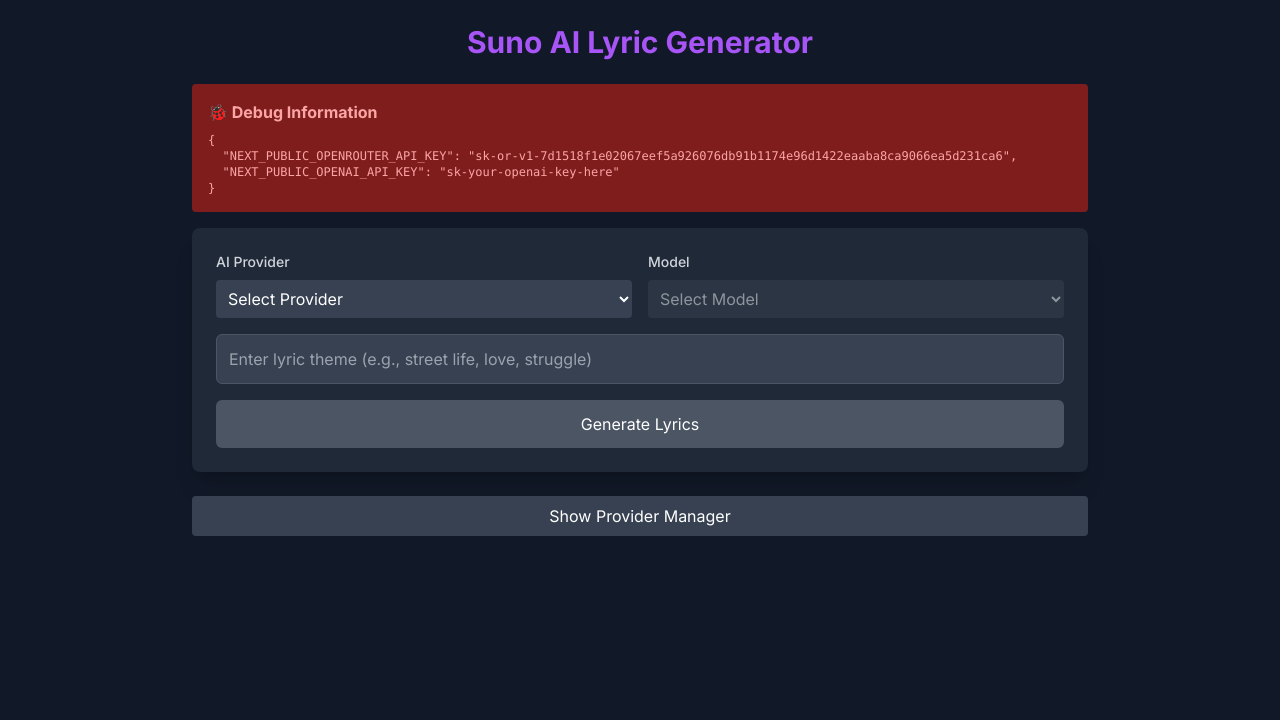
Repository: rustyorb/suno-ai-lyric-generator
Page: /
The author's editor kept a copy of each file at every save. The page is drawn from the files as they stood at one save, then again after the next save.
The browser window is 1280 px wide. The pictures show the whole page.
The project was rebuilt for these pictures with package versions that can differ from the ones it lists, and the page was loaded fresh each time. The framework's server and built-in components were replaced by stand-ins that run in the browser. Also part of the build but not shown: next.config.js, src/app/components/ProviderManager.tsx.

Above is the page before, as saved 2025-01-15 07:01:04.

After the next save:
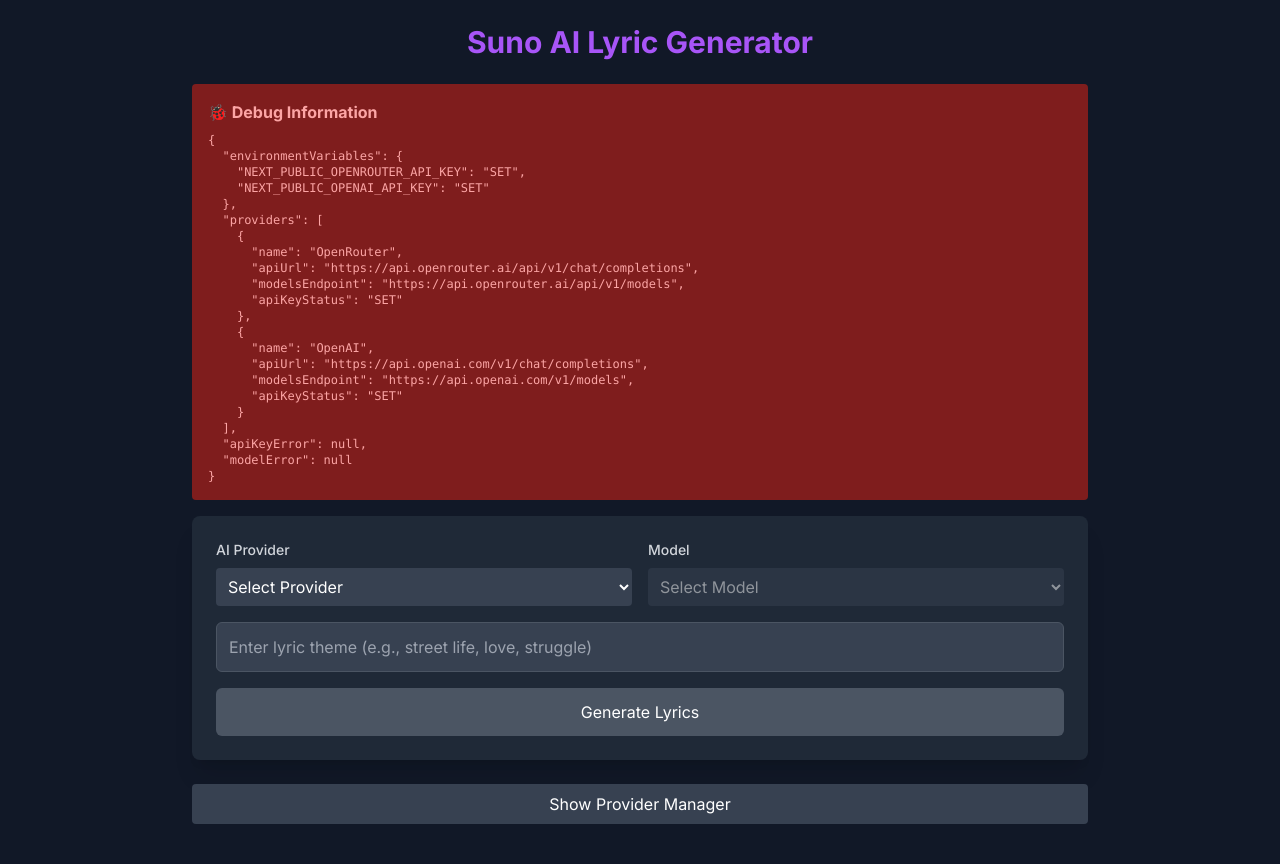
Saved 4 min 3 s later.
--- a/src/app/page.tsx
+++ b/src/app/page.tsx
@@ -23,6 +23,7 @@
     availableModels,
     isLoadingModels,
     modelError,
+    apiKeyError,
     setSelectedProvider,
     setSelectedModel,
     addProvider,
@@ -36,16 +37,30 @@
   const [showProviderManager, setShowProviderManager] = useState(false)
   const [debugInfo, setDebugInfo] = useState<any>({})
 
-  // Comprehensive debugging of environment variables
+  // Comprehensive debugging of environment variables and API configuration
   useEffect(() => {
     const allEnvVars = {
-      NEXT_PUBLIC_OPENROUTER_API_KEY: process.env.NEXT_PUBLIC_OPENROUTER_API_KEY,
-      NEXT_PUBLIC_OPENAI_API_KEY: process.env.NEXT_PUBLIC_OPENAI_API_KEY,
-    }
-
-    console.log('🔍 Environment Variables:', allEnvVars)
-    setDebugInfo(allEnvVars)
-  }, [])
+      NEXT_PUBLIC_OPENROUTER_API_KEY: process.env.NEXT_PUBLIC_OPENROUTER_API_KEY ? 'SET' : 'NOT SET',
+      NEXT_PUBLIC_OPENAI_API_KEY: process.env.NEXT_PUBLIC_OPENAI_API_KEY ? 'SET' : 'NOT SET',
+    }
+
+    const providerDebug = providers.map(provider => ({
+      name: provider.name,
+      apiUrl: provider.apiUrl,
+      modelsEndpoint: provider.modelsEndpoint,
+      apiKeyStatus: process.env[provider.apiKeyEnvVar] ? 'SET' : 'NOT SET'
+    }))
+
+    const debug = {
+      environmentVariables: allEnvVars,
+      providers: providerDebug,
+      apiKeyError,
+      modelError
+    }
+
+    console.log('🔍 Debug Information:', debug)
+    setDebugInfo(debug)
+  }, [providers, apiKeyError, modelError])
 
   const generateLyrics = async () => {
     if (!theme.trim()) {
@@ -75,15 +90,23 @@
         : ''
 
       // Ultra-detailed logging for debugging
-      const providerDebug = {
-        selectedProviderName: selectedProvider.name,
-        apiUrl: selectedProvider.apiUrl,
-        apiKeyUsed: apiKey ? 'KEY_EXISTS' : 'KEY_MISSING',
+      const requestDebug = {
+        provider: {
+          name: selectedProvider.name,
+          apiUrl: selectedProvider.apiUrl,
+          modelsEndpoint: selectedProvider.modelsEndpoint,
+        },
+        model: selectedModel,
+        apiKeyStatus: apiKey ? 'EXISTS' : 'MISSING',
         apiKeyLength: apiKey.length,
-        availableProviders: providers.map(p => p.name)
-      }
-
-      console.error('🚨 PROVIDER DEBUG:', JSON.stringify(providerDebug, null, 2))
+        headers: {
+          'Authorization': `${selectedProvider.authHeaderPrefix || ''}[REDACTED]`,
+          'Content-Type': 'application/json',
+          'HTTP-Referer': window.location.origin
+        }
+      }
+
+      console.log('📝 Request Configuration:', requestDebug)
 
       if (!apiKey) {
         throw new Error(`No API key found for ${selectedProvider.name}.
@@ -95,30 +118,38 @@
       let fullLyrics = ''
 
       for (const section of SUNO_SONG_STRUCTURE.sections) {
+        console.log(`🎵 Generating ${section.tag}...`)
+
+        const requestBody = {
+          model: selectedModel.id,
+          messages: [
+            {
+              role: 'system',
+              content: `You are an elite hip-hop lyricist creating lyrics for Suno AI. Use strict Suno vocal tag formatting. Always enclose lyrics in the appropriate section tag. Use parentheses () for callback/adlib vocals. Maintain complex rhyme schemes and authentic street wisdom.`
+            },
+            {
+              role: 'user',
+              content: `${section.prompt} about "${theme}". Ensure lyrics are tagged with ${section.tag}`
+            }
+          ],
+          temperature: 0.7
+        }
+
+        console.log('📤 Request Body:', JSON.stringify(requestBody, null, 2))
+
         const response = await axios.post(selectedProvider.apiUrl,
-          {
-            model: selectedModel.id,
-            messages: [
-              {
-                role: 'system',
-                content: `You are an elite hip-hop lyricist creating lyrics for Suno AI. Use strict Suno vocal tag formatting. Always enclose lyrics in the appropriate section tag. Use parentheses () for callback/adlib vocals. Maintain complex rhyme schemes and authentic street wisdom.`
-              },
-              {
-                role: 'user',
-                content: `${section.prompt} about "${theme}". Ensure lyrics are tagged with ${section.tag}`
-              }
-            ],
-            temperature: 0.7
-          },
+          requestBody,
           {
             headers: {
               'Authorization': `${selectedProvider.authHeaderPrefix || ''}${apiKey}`,
               'Content-Type': 'application/json',
-              'HTTP-Referer': 'http://localhost:3000'
+              'HTTP-Referer': window.location.origin
             }
           }
         )
 
+        console.log(`📥 Response for ${section.tag}:`, response.data)
+
         const lyricContent = response.data.choices[0].message.content
         fullLyrics += `\n${section.tag}\n${lyricContent}\n`
       }
@@ -127,26 +158,35 @@
     } catch (error: unknown) {
       console.error('🚨 Lyric Generation Error:', error)
 
-      // Type guard for Error type
-      const err = error as {
-        message: string;
-        response?: {
-          data: any;
-          status: number;
-          headers: any;
+      // Enhanced error handling with type checking
+      if (error instanceof Error) {
+        console.error('Error details:', {
+          name: error.name,
+          message: error.message,
+          stack: error.stack
+        })
+      }
+
+      // Handle Axios errors
+      if (axios.isAxiosError(error)) {
+        const errorDetails = {
+          message: error.message,
+          response: {
+            data: error.response?.data,
+            status: error.response?.status,
+            headers: error.response?.headers
+          },
+          request: {
+            url: error.config?.url,
+            method: error.config?.method,
+            headers: error.config?.headers
+          }
         }
-      }
-
-      // More detailed error logging
-      const errorDetails = {
-        message: err.message,
-        response: err.response?.data,
-        status: err.response?.status,
-        headers: err.response?.headers
-      }
-      console.error('🚨 Detailed Error:', errorDetails)
-
-      setError(`Failed to generate lyrics: ${err.message}. Check browser console for details.`)
+        console.error('🚨 API Error Details:', errorDetails)
+        setError(`API Error: ${error.response?.data?.error || error.message}. Check console for details.`)
+      } else {
+        setError(`Error: ${error instanceof Error ? error.message : 'Unknown error occurred'}`)
+      }
     } finally {
       setIsGenerating(false)
     }
